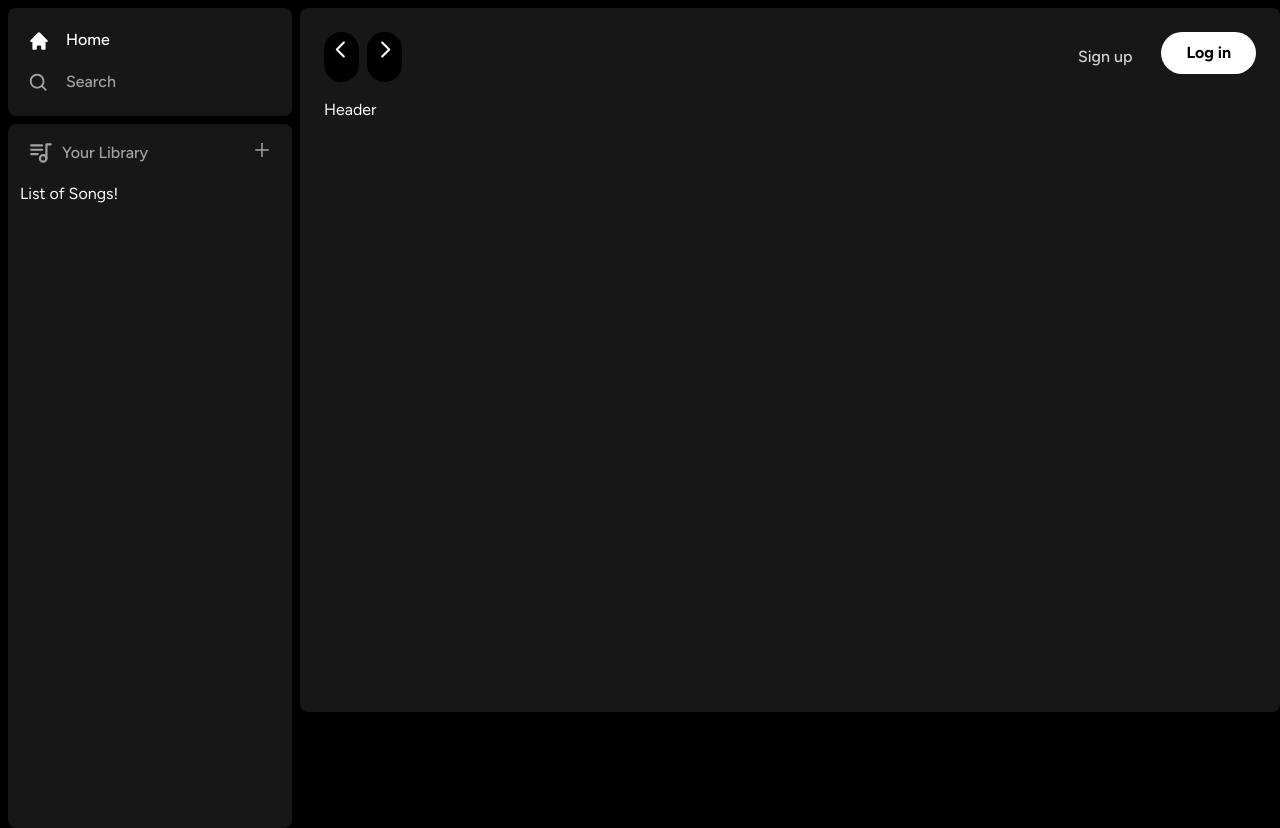
Repository: syni18/Rythum
Page: /
The author's editor kept a copy of each file at every save. The page is drawn from the files as they stood at one save, then again after the next save.
The browser window is 1280 px wide. The pictures show the whole page.
The project was rebuilt for these pictures with package versions that can differ from the ones it lists, and the page was loaded fresh each time. The framework's server and built-in components were replaced by stand-ins that run in the browser. Also part of the build but not shown: next.config.js.

Above is the page before, as saved 2023-11-13 21:01:17.

### app/layout.tsx
import type { Metadata } from 'next'
import { Figtree } from 'next/font/google'
import './globals.css'
import Sidebar from '@/components/Sidebar'

const font = Figtree({ subsets: ['latin'] })

export const metadata: Metadata = {
  title: 'Rythum',
  description: 'Listen the music',
}

export default function RootLayout({
  children,
}: {
  children: React.ReactNode
}) {
  return (
    <html lang="en">
      <body className={font.className}>
        <Sidebar>
          {children}
        </Sidebar>
      </body>
    </html>
  )
}

### app/(site)/page.tsx
import Header from "@/components/Header";

export default function Home() {
  return (
    <div className="bg-neutral-900
    rounded-lg
    h-full
    w-full
    overflow-hidden
    overflow-y-auto">
      <Header>
        Header
      </Header>
    </div>
  )
}

### app/globals.css
@tailwind base;
@tailwind components;
@tailwind utilities;

html,body, :root{
  height: 100%;
  background: #000;
  color-scheme: dark;
}

### components/Sidebar.tsx
"use client";

import {HiHome} from 'react-icons/hi';
import {BiSearch} from 'react-icons/bi';

import { usePathname } from "next/navigation";
import { useMemo } from "react";
import Box from './Box';
import SidebarItem from './SidebarItem';
import Library from "./Library";

interface SidebarProps {
    children:React.ReactNode;
}

const Sidebar: React.FC<SidebarProps> = ({
    children
})=>{
    const pathname = usePathname();
    const route = useMemo(()=>[
        {
            icon: HiHome,
            label: 'Home',
            active: pathname !== '/search',
            href: '/',
        },
        {
            icon: BiSearch,
            label: 'Search',
            active: pathname === '/search',
            href: '/search',
        }

    ],[pathname]);
    return (
        <div className="flex h-full">
            <div className="md-flex flex-col gap-y-2 bg-black h-full w-[300px] p-2">
                <Box className='flex flex-col gap-y-2 px-5 py-4'>
                    {route.map((item) => (
                        <SidebarItem key={item.label} {...item}/>
                    ))}
                </Box>
                <Box className='overflow-y-auto mt-2 h-full'>
                    <Library/>
                </Box>
            </div>
            <main className='h-full flex-1 overflow-y-auto py-2'>
                {children}
            </main>
        </div>
    )
}

export default Sidebar;

### components/Header.tsx
"use client";

import { useRouter } from "next/navigation";
import { twMerge } from "tailwind-merge";
import { RxCaretLeft, RxCaretRight } from "react-icons/rx";
import { HiHome } from "react-icons/hi";
import { BiSearch } from "react-icons/bi";
import Button from "./Button";

interface HeaderProps {
  children: React.ReactNode;
  classname?: string;
}

const Header: React.FC<HeaderProps> = ({ children, classname }) => {
  const router = useRouter();

  const handleLogout = () => {};
  return (
    <div
      className={twMerge(
        `
                h-fit
                bg-gradient-800
                from-emerald-800
                p-6
            `,
        classname
      )}
    >
      <div
        className="
            w-full
            mb-4
            flex
            item-center
            justify-between"
      >
        <div className="hidden md:flex gap-x-2 item-center">
          <button
            onClick={() => router.back()}
            type="button"
            title="button"
            className="
                rounded-full
                bg-black
                flex
                item-center
                justify-center
                hover:opacity-75
                transition"
          >
            <RxCaretLeft className="text-white" size={35} />
          </button>
          <button
            onClick={() => router.forward()}
            type="button"
            title="button"
            className="
                rounded-full
                bg-black
                flex
                item-center
                justify-center
                hover:opacity-75
                transition"
          >
            <RxCaretRight className="text-white" size={35} />
          </button>
        </div>
        <div className="flex md:hidden gap-x-2 item-center">
          <button
            type="button"
            title="button"
            className="
               rounded-full
               p-2
             bg-white
               flex
               items-center
               justify-center
               hover:opacity-75
               transition"
          >
            <HiHome className="text-black" size={20} />
          </button>
          <button
            type="button"
            title="button"
            className="
                rounded-full
                p-2
              bg-white
                flex
                items-center
                justify-center
                hover:opacity-75
                transition"
          >
            <BiSearch className="text-black" size={20} />
          </button>
        </div>
        <div
          className="
            flex
            justify-between
            item-center
            gap-x-4"
        >
          <>
            <div>
              <Button
                className="
                        bg-transparent
                        text-neutral-300
                        font-medium
                    "
              >
                Sign up
              </Button>
            </div>
            <div>
              <Button
                onClick={() => {}}
                className="
                        bg-white
                        px-6
                        py-2
                    "
              >
                Log in
              </Button>
            </div>
          </>
        </div>
      </div>
      {children}
    </div>
  );
};

export default Header;

### components/Box.tsx
import { twMerge } from "tailwind-merge";

interface BoxProps {
    children: React.ReactNode;
    className?: string;
}

const Box: React.FC<BoxProps> = ({
    children,
    className
})=> {
    return (
        <div className={twMerge(`
        bg-neutral-900
        rounded-lg
        h-fit
        w-full
        `, className)}>
            {children}
        </div>
    )
}

export default Box;

### components/SidebarItem.tsx
import Link from "next/link";
import { IconType } from "react-icons";
import {twMerge} from 'tailwind-merge';

interface SidebarItemProps {
    icon: IconType;
    label: string;
    active?: boolean;
    href: string;
}

const SidebarItem:React.FC<SidebarItemProps> =({
    icon: Icon,
    label,
    active,
    href
}) => {
    return (
        <Link href={href}
        className={twMerge(`
        flex
        flex-row
        h-auto
        item-center
        w-full
        gap-x-4
        text-md
        font-medium
        cursor-pointer
        hover:text-white
        transition
        text-neutral-400
        py-1
        `, active && "text-white")}>
            <Icon size={26}/>
            <p className="truncate w-full">{label}</p>
        </Link>
    )
}

export default SidebarItem;

### components/Library.tsx
"use client";

import { TbPlaylist } from "react-icons/tb";
import { AiOutlinePlus } from "react-icons/ai";

const Library = () => {
  const onClick = () => {
    //handle upload later
  };

  return (
    <div className="flex flex-col">
      <div className="flex item-center justify-between px-5 pt-4">
        <div className="inline-flex items-center gap-x-2">
          <TbPlaylist className="text-neutral-400" size={26} />
          <p className="text-neutral-400 font-medium text-md">Your Library</p>
        </div>
        <AiOutlinePlus
          className="cursor-pointer text-neutral-400 hover:text-white transition"
          onClick={onClick}
          size={20}
        />
      </div>
      <div className="flex flex-col gap-y-2 mt-4 px-3">List of Songs!</div>
    </div>
  );
};

export default Library;

### components/Button.tsx
import { forwardRef } from "react";
import { twMerge } from "tailwind-merge";

interface ButtonProps extends React.ButtonHTMLAttributes<HTMLButtonElement> {}

const Button = forwardRef<HTMLButtonElement, ButtonProps>(
  ({ className, children, disabled, type = "button", ...props }, ref) => {
    return (
      <button
        type={type}
        title="button"
        className={twMerge(
          `
            w-full
            rounded-full
            bg-green-500
            border
            border-transparent
            px-3
            py-3
            disabled:cursor-not-allowed
            disabled:opacity-50
            text-black
            font-bold
            hover:opacity-75
            transition
        `,
          className
        )}
        disabled={disabled}
        ref={ref}
        {...props}
      >
        {children}
      </button>
    );
  }
);
Button.displayName = "Button";

export default Button;

Loaded but not shown: tailwind.config.ts (common file)

After the next save:
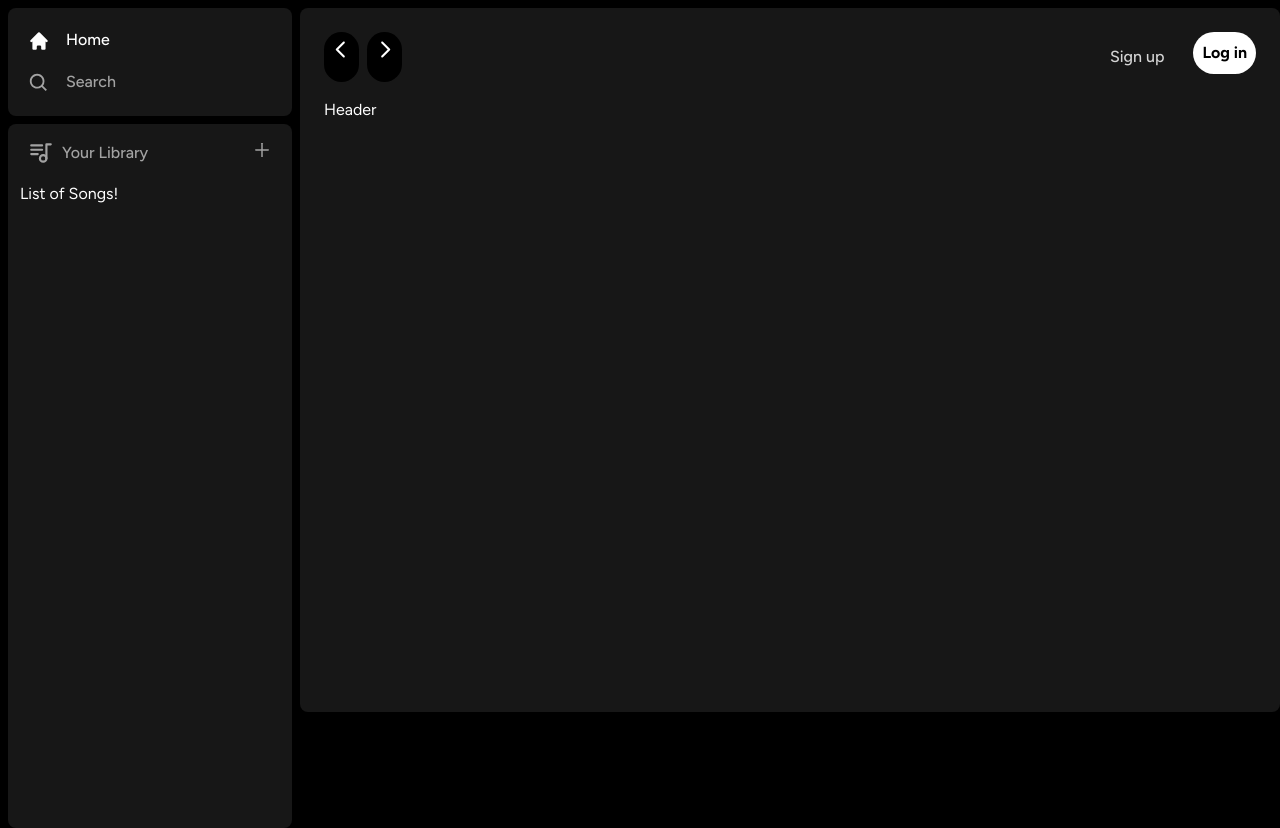
Saved 8 min 19 s later.
--- a/components/Header.tsx
+++ b/components/Header.tsx
@@ -124,7 +124,7 @@
                 onClick={() => {}}
                 className="
                         bg-white
-                        px-6
+                        px-2
                         py-2
                     "
               >

After the save that followed:
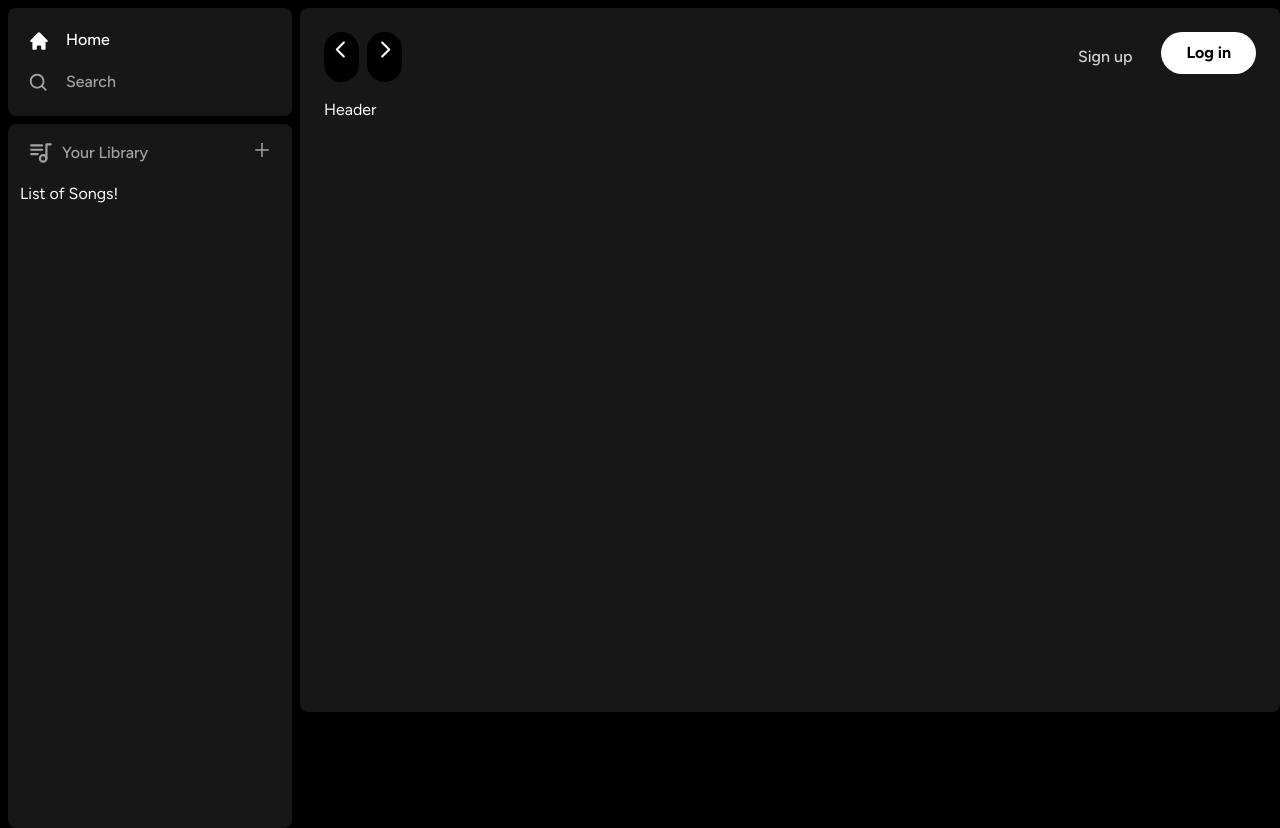
Saved 6 s later.
--- a/components/Header.tsx
+++ b/components/Header.tsx
@@ -124,7 +124,7 @@
                 onClick={() => {}}
                 className="
                         bg-white
-                        px-2
+                        px-6
                         py-2
                     "
               >
